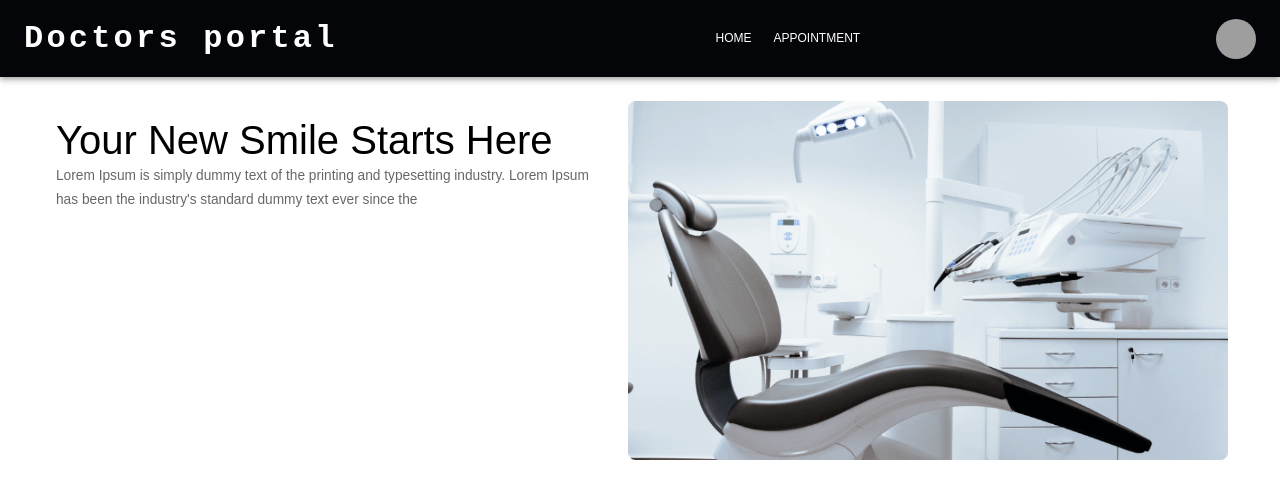
Repository: mdrubel02/health-care
Page: /
The author's editor kept a copy of each file at every save. The page is drawn from the files as they stood at one save, then again after the next save.
The browser window is 1280 px wide. The pictures show the whole page.
Pictures or frames that could not be fetched are drawn as grey boxes. The project was rebuilt for these pictures with package versions that can differ from the ones it lists, and the page was loaded fresh each time. Also part of the build but not shown: src/Pages/Appointment/Appointment.js.

Above is the page before, as saved 2022-11-14 16:25:41.

### src/index.js
import React from 'react';
import ReactDOM from 'react-dom';
import './index.css';
import App from './App';
import reportWebVitals from './reportWebVitals';
import { ColorContextProvider } from './Theme/Theme';

ReactDOM.render(
  <React.StrictMode>
    <ColorContextProvider>
      <App />
    </ColorContextProvider>
  </React.StrictMode>,
  document.getElementById('root')
);

// If you want to start measuring performance in your app, pass a function
// to log results (for example: reportWebVitals(console.log))
// or send to an analytics endpoint. Learn more: https://bit.ly/CRA-vitals
reportWebVitals();

### src/App.js
import { RouterProvider } from 'react-router-dom';
import router from './Layout/router';

function App() {
  return (
    <div>
     <RouterProvider router={router}></RouterProvider>
    </div>
  );
}

export default App;

### src/Theme/Theme.js
import { createTheme, ThemeProvider } from "@mui/material";
import { createContext, useMemo, useState } from "react";

// color design tokens export
export const DrawerWidth = 250;
export const tokens = (mode) => ({
    ...(mode === "dark"
        ? {
            grey: {
                100: "#e0e0e0",
                200: "#c2c2c2",
                300: "#a3a3a3",
                400: "#858585",
                500: "#666666",
                600: "#525252",
                700: "#3d3d3d",
                800: "#292929",
                900: "#141414",
            },
            primary: {
                100: "#d0d1d5",
                200: "#a1a4ab",
                300: "#727681",
                400: "#1F2A40",
                500: "#141b2d",
                600: "#101624",
                700: "#0c101b",
                800: "#080b12",
                900: "#040509",
            },
            greenAccent: {
                100: "#dbf5ee",
                200: "#b7ebde",
                300: "#94e2cd",
                400: "#70d8bd",
                500: "#4cceac",
                600: "#3da58a",
                700: "#2e7c67",
                800: "#1e5245",
                900: "#0f2922",
            },
            redAccent: {
                100: "#f8dcdb",
                200: "#f1b9b7",
                300: "#e99592",
                400: "#e2726e",
                500: "#db4f4a",
                600: "#af3f3b",
                700: "#832f2c",
                800: "#58201e",
                900: "#2c100f",
            },
            blueAccent: {
                100: "#e1e2fe",
                200: "#c3c6fd",
                300: "#a4a9fc",
                400: "#868dfb",
                500: "#6870fa",
                600: "#535ac8",
                700: "#3e4396",
                800: "#2a2d64",
                900: "#151632",
            },
        }
        : {
            grey: {
                100: "#141414",
                200: "#292929",
                300: "#3d3d3d",
                400: "#525252",
                500: "#666666",
                600: "#858585",
                700: "#a3a3a3",
                800: "#c2c2c2",
                900: "#e0e0e0",
            },
            primary: {
                100: "#040509",
                200: "#080b12",
                300: "#0c101b",
                400: "#f2f0f0", // manually changed
                500: "#141b2d",
                600: "#1F2A40",
                700: "#727681",
                800: "#a1a4ab",
                900: "#d0d1d5",
            },
            greenAccent: {
                100: "#0f2922",
                200: "#1e5245",
                300: "#2e7c67",
                400: "#3da58a",
                500: "#4cceac",
                600: "#70d8bd",
                700: "#94e2cd",
                800: "#b7ebde",
                900: "#dbf5ee",
            },
            redAccent: {
                100: "#2c100f",
                200: "#58201e",
                300: "#832f2c",
                400: "#af3f3b",
                500: "#db4f4a",
                600: "#e2726e",
                700: "#e99592",
                800: "#f1b9b7",
                900: "#f8dcdb",
            },
            blueAccent: {
                100: "#151632",
                200: "#2a2d64",
                300: "#3e4396",
                400: "#535ac8",
                500: "#6870fa",
                600: "#868dfb",
                700: "#a4a9fc",
                800: "#c3c6fd",
                900: "#e1e2fe",
            },
        }),
});

// mui theme settings
export const themeSettings = (mode) => {
    const colors = tokens(mode);
    return {
        palette: {
            mode: mode,
            ...(mode === "dark"
                ? {
                    // palette values for dark mode
                    primary: {
                        main: colors.primary[500],
                    },
                    secondary: {
                        main: colors.greenAccent[500],
                    },
                    neutral: {
                        dark: colors.grey[700],
                        main: colors.grey[500],
                        light: colors.grey[100],
                    },
                    background: {
                        default: colors.primary[500],
                    },
                }
                : {
                    // palette values for light mode
                    primary: {
                        main: colors.primary[100],
                    },
                    secondary: {
                        main: colors.greenAccent[500],
                    },
                    neutral: {
                        dark: colors.grey[700],
                        main: colors.grey[500],
                        light: colors.grey[100],
                    },
                    background: {
                        default: "#fcfcfc",
                    },
                }),
        },
        components: {

            MuiButton: {
                defaultProps: {
                    disableRipple: true,
                    disableElevation: true,
                    styleOverrides: {
                        textDecoration: 'none',
                        "&:hover": {
                            color: "#fff"
                        }
                    },
                },
                MuiTooltip: {
                    defaultProps: {
                      arrow: true,
                    },
                    styleOverrides: {
                      tooltip: {
                        background: '',
                      },
                      arrow: {
                        color: '',
                      },
                    },
                  },
            },
            MuiDrawer: {
                styleOverrides: {
                  paper: {
                    width: DrawerWidth,
                    background: '',
                    color: '',
                    borderRadius: '0px 100px 0px 0px',
                    borderRight: `1px solid `
                  }
                }
              },
              MuiDivider: {
                styleOverrides: {
                  root: {
                    borderColor: 'gray'
                  }
                }
              },
        },
        typography: {
            fontFamily: ["Source Sans Pro", "sans-serif"].join(","),
            fontSize: 12,
            h1: {
                fontFamily: ["Source Sans Pro", "sans-serif"].join(","),
                fontSize: 40,
            },
            h2: {
                fontFamily: ["Source Sans Pro", "sans-serif"].join(","),
                fontSize: 32,
            },
            h3: {
                fontSize: '1.3rem',
                letterSpacing: '0rem',
                '@media (min-width:600px)': {
                  fontSize: '2rem',
                },
            },
            h4: {
                fontFamily: ["Source Sans Pro", "sans-serif"].join(","),
                fontSize: 20,
            },
            h5: {
                fontFamily: ["Source Sans Pro", "sans-serif"].join(","),
                fontSize: 16,
            },
            h6: {
                fontFamily: ["Source Sans Pro", "sans-serif"].join(","),
                fontSize: 14,
            },
        },
    };
};

export const ColorModeContext = createContext({
    toggleMode: () => { },
    mode: "light"
})


export const ColorContextProvider = ({ children }) => {
    const [mode, setMode] = useState("light")

    const colorMode = useMemo(() => ({
        toggleMode: () => setMode(prevMode => prevMode === "light" ? "dark" : "light"),
        mode
    }), [mode])
    const theme = useMemo(() => createTheme(themeSettings(mode)), [mode]);

    return (
        <ColorModeContext.Provider value={colorMode}>
            <ThemeProvider theme={theme}>
                {children}
            </ThemeProvider>
        </ColorModeContext.Provider>
    )
}

### src/Layout/router.js
import { createBrowserRouter } from "react-router-dom";
import Appointment from "../Pages/Appointment/Appointment";
import Home from "../Pages/Home/Home";
import Main from "./Main";


const router = createBrowserRouter([{
    path: '/',
    element: <Main/>,
    children: [
        {path: '/',element: <Home/>},
        {path: '/home',element: <Home/>},
        {path: '/appointment',element: <Appointment/>},
    ]
}])
export default router;

### src/Pages/Home/Home.js
import { Container } from '@mui/material';
import React from 'react';
import Banner from './Banner/Banner';

const Home = () => {
    return (
        <Container>
           <Banner />
        </Container>
    );
};

export default Home;

### src/Layout/Main.js
import React from 'react';
import { Outlet } from 'react-router-dom';
import Header from '../Pages/Header/Header';

const Main = () => {
    return (
        <div>
           <Header/>
           <Outlet/>

        </div>
    );
};

export default Main;

### src/Pages/Home/Banner/Banner.js
import React from 'react';
import { Box, CardContent, CardMedia, Grid, Typography } from '@mui/material';
import chair from '../../../assets/images/chair.png'

const Banner = () => {
    return (
        <Box sx={{ flexGrow: 1, marginTop: '3rem', marginBottom: '3rem' }}>
            <Grid container spacing={3} >
                <Grid xs={6}>
                    <Box sx={{ display: 'flex', flexDirection: 'column' }}>
                        <CardContent sx={{ flex: '1 0 auto' }}>
                            <Typography component="div" variant="h1">
                                Your New Smile Starts Here
                            </Typography>
                            <Typography variant="subtitle1" color="text.secondary" component="div">
                                Lorem Ipsum is simply dummy text of the printing and typesetting industry. Lorem Ipsum has been the industry's standard dummy text ever since the
                            </Typography>
                        </CardContent>

                    </Box>
                </Grid>
                <Grid xs={6}>
                    <CardMedia
                        component="img"
                        sx={{ width: 600 }}
                        image={chair}
                        alt="Live from space album cover"
                    />
                </Grid>
            </Grid>
        </Box>
    );
};

export default Banner;

### src/Pages/Header/Header.js
import { AppBar, Avatar, Box, Button, Container, IconButton, Menu, MenuItem, Toolbar, Tooltip, Typography, useTheme } from '@mui/material';
import AdbIcon from '@mui/icons-material/Adb';
import MenuIcon from '@mui/icons-material/Menu';
import { Link as RouterLink } from 'react-router-dom';
import React, { useState } from 'react';
import { tokens } from '../../Theme/Theme';
// import { Link } from 'react-router-dom';
import './Header.css'


const settings = ['Profile', 'Account', 'Dashboard', 'Logout'];

const Header = () => {
    const theme = useTheme();
    const colors = tokens(theme.palette.mode);
    const [anchorElNav, setAnchorElNav] = useState(null);
    const [anchorElUser, setAnchorElUser] = useState(null);

    const items = <React.Fragment>
        <Button sx={{ color: 'white' }} component={RouterLink} to="/home">Home</Button>
        <Button sx={{ color: 'white' }} component={RouterLink} to="/appointment">Appointment</Button>
    </React.Fragment>

    const handleOpenNavMenu = (event) => {
        setAnchorElNav(event.currentTarget);
    };
    const handleOpenUserMenu = (event) => {
        setAnchorElUser(event.currentTarget);
    };

    const handleCloseNavMenu = () => {
        setAnchorElNav(null);
    };

    const handleCloseUserMenu = () => {
        setAnchorElUser(null);
    };
    return (
        <AppBar position="static">
            <Container maxWidth="xl">
                <Toolbar disableGutters>

                    <Typography
                        variant="h3"
                        noWrap
                        component="a"
                        href="/"
                        sx={{
                            mr: 2,
                            display: { xs: 'none', md: 'flex' },
                            fontFamily: 'monospace',
                            fontWeight: 700,
                            letterSpacing: '.2rem',
                            color: 'inherit',
                            textDecoration: 'none',
                        }}
                    >
                        Doctors portal
                    </Typography>

                    <Box className='middle' sx={{ flexGrow: 1, display: { xs: 'flex' ,  md: 'none' },justifyContent: 'center' }}>
                        <IconButton
                            size="large"
                            aria-label="account of current user"
                            aria-controls="menu-appbar"
                            aria-haspopup="true"
                            onClick={handleOpenNavMenu}
                            color="inherit"
                        >
                            <MenuIcon />
                        </IconButton>
                        <Menu
                            id="menu-appbar"
                            anchorEl={anchorElNav}
                            anchorOrigin={{
                                vertical: 'bottom',
                                horizontal: 'left',
                            }}
                            keepMounted
                            transformOrigin={{
                                vertical: 'top',
                                horizontal: 'left',
                            }}
                            open={Boolean(anchorElNav)}
                            onClose={handleCloseNavMenu}
                            sx={{
                                display: { xs: 'block', md: 'none' },
                            }}
                        >

                            <MenuItem onClick={handleCloseNavMenu}>
                                <Typography variant="h5" sx={{ color: 'withe' }} textAlign="center">{items}</Typography>
                            </MenuItem>

                        </Menu>
                    </Box>

                    <Typography
                        variant="h3"
                        noWrap
                        component="a"
                        href=""
                        sx={{
                            mr: 2,
                            display: { xs: 'flex', md: 'none' },
                            flexGrow: 1,
                            fontFamily: 'monospace',
                            fontWeight: 700,
                            letterSpacing: '.3rem',
                            color: 'inherit',
                            textDecoration: 'none',
                        }}
                    >
                        Doctors portal
                    </Typography>
                    <Box sx={{ flexGrow: 1, display: { xs: 'none', md: 'flex' } }}>

                        <Button

                            onClick={handleCloseNavMenu}
                            sx={{ color: `${colors.grey[400]} !important`, my: 2, display: 'block' }}
                        >
                            {items}
                        </Button>

                    </Box>

                    <Box sx={{ flexGrow: 0 }}>
                        <Tooltip title="Open settings">
                            <IconButton onClick={handleOpenUserMenu} sx={{ p: 0 }}>
                                <Avatar alt="Remy Sharp" src="/static/images/avatar/2.jpg" />
                            </IconButton>
                        </Tooltip>
                        <Menu
                            sx={{ mt: '45px' }}
                            id="menu-appbar"
                            anchorEl={anchorElUser}
                            anchorOrigin={{
                                vertical: 'top',
                                horizontal: 'right',
                            }}
                            keepMounted
                            transformOrigin={{
                                vertical: 'top',
                                horizontal: 'right',
                            }}
                            open={Boolean(anchorElUser)}
                            onClose={handleCloseUserMenu}
                        >
                            {settings.map((setting) => (
                                <MenuItem key={setting} onClick={handleCloseUserMenu}>
                                    <Typography textAlign="center">{setting}</Typography>
                                </MenuItem>
                            ))}
                        </Menu>
                    </Box>
                </Toolbar>
            </Container>
        </AppBar>
    );
};

export default Header;

### src/Pages/Header/Header.css
.lip{
    color: white;
}
.css-1t6c9ts{
    justify-content: center;
}

Loaded but not shown: public/index.html (common file); src/index.css (common file); src/reportWebVitals.js (common file)

After the next save:
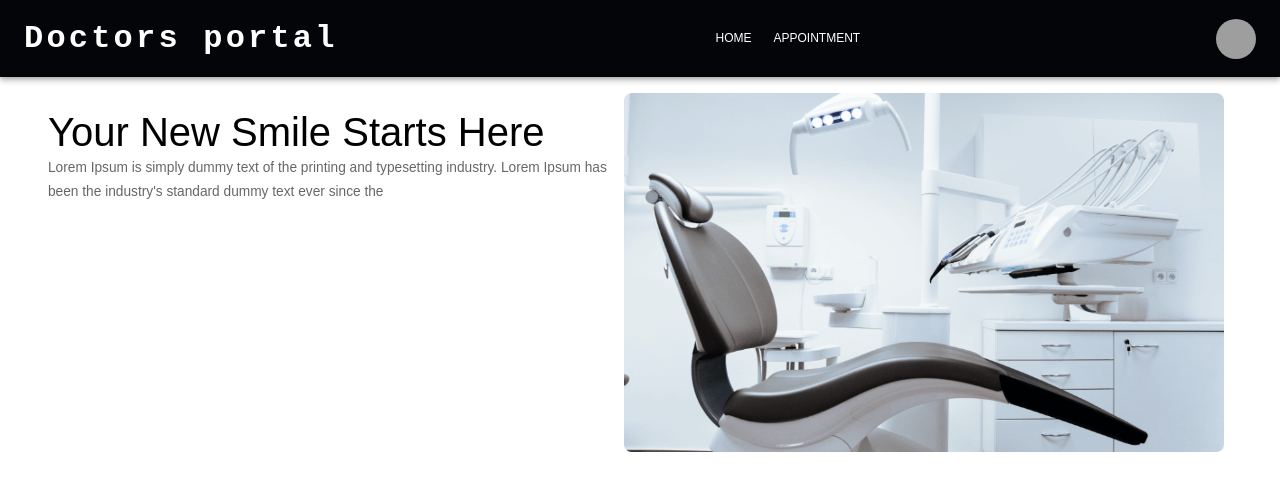
Saved 18 s later.
--- a/src/Pages/Home/Banner/Banner.js
+++ b/src/Pages/Home/Banner/Banner.js
@@ -5,7 +5,7 @@ import chair from '../../../assets/images/chair.png'
 const Banner = () => {
     return (
         <Box sx={{ flexGrow: 1, marginTop: '3rem', marginBottom: '3rem' }}>
-            <Grid container spacing={3} >
+            <Grid container spacing={4} >
                 <Grid xs={6}>
                     <Box sx={{ display: 'flex', flexDirection: 'column' }}>
                         <CardContent sx={{ flex: '1 0 auto' }}>
